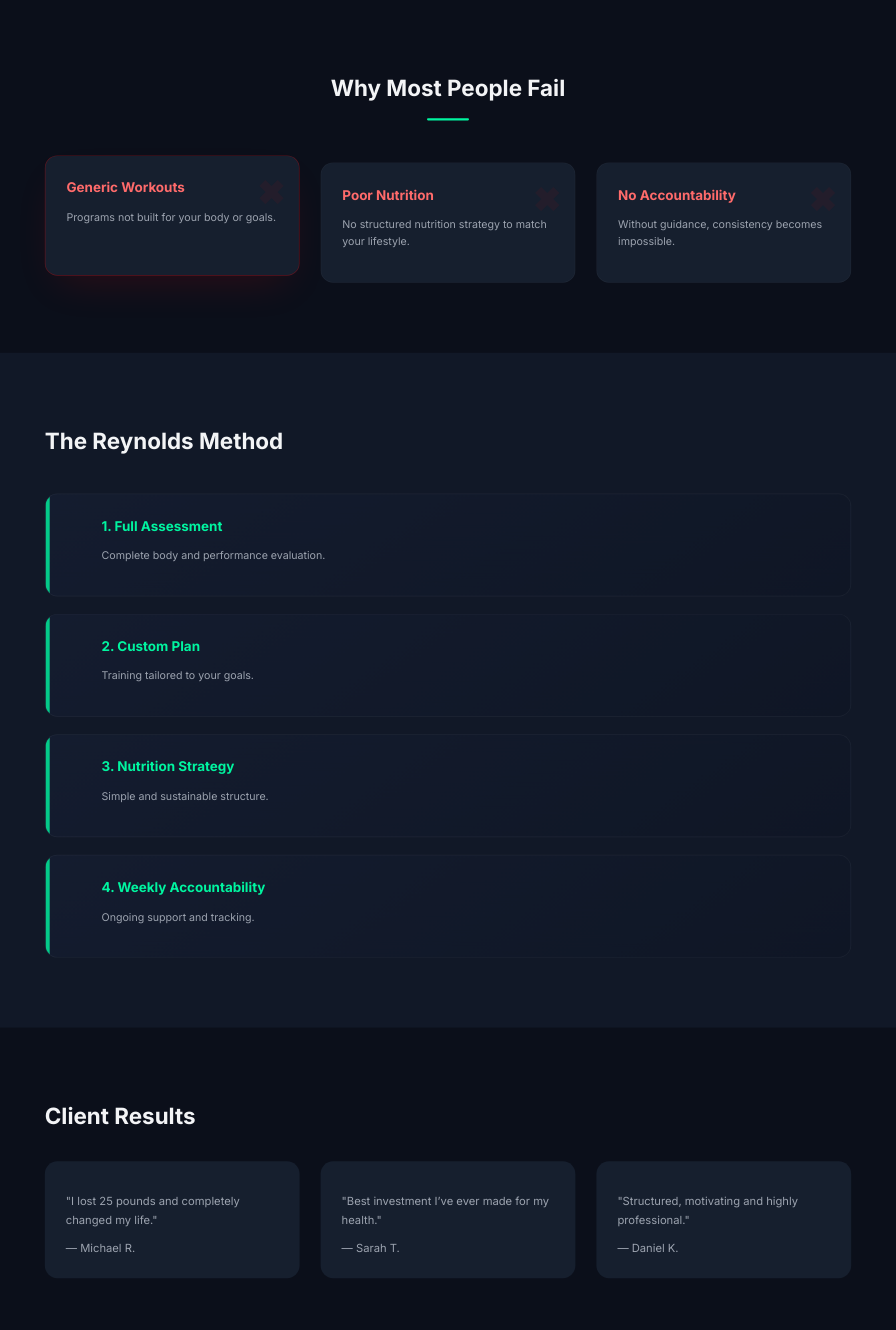
Repository: davidfsillva/Landing-page-pro
Page: index.html
The author's editor kept a copy of each file at every save. The page is drawn from the files as they stood at one save, then again after a run of saves.
The browser window is 1280 px wide. The pictures show the part of the page from y = 720 to 2620 px (the page is 3174 px tall), at 70% of full size.
The pointer rests on the first visible `.card`.

Above is the page before, as saved 2026-02-25 19:11:39.

### index.html
<!DOCTYPE html>
<html lang="en">
<head>
    <!-- ================= BASIC META ================= -->
    <meta charset="UTF-8">
    <meta name="viewport" content="width=device-width, initial-scale=1.0, maximum-scale=5.0">
    <meta name="robots" content="index, follow">
    <link rel="canonical" href="https://www.davidperformance.com">

    <!-- ================= SEO ================= -->
    <title>David Performance | Elite Personal Trainer</title>
    <meta name="description" content="Elite personal training focused on fat loss, muscle building and peak performance. Customized programs, strategic nutrition and real accountability. Book your free fitness consultation today.">

    <!-- ================= OPEN GRAPH ================= -->
    <meta property="og:title" content="David Performance | Transform Your Body in 90 Days">
    <meta property="og:description" content="Personalized training programs with proven results. Limited spots available.">
    <meta property="og:type" content="website">
    <meta property="og:image" content="https://placehold.co/1200x630/0B1020/00FF99?text=DAVID+PERFORMANCE">
    <meta property="og:url" content="https://www.davidperformance.com">
    <meta name="twitter:card" content="summary_large_image">

    <!-- ================= FONTS ================= -->
    <link rel="preconnect" href="https://fonts.googleapis.com">
    <link href="https://fonts.googleapis.com/css2?family=Inter:wght@300;400;600;700;800&display=swap" rel="stylesheet">

    <!-- Icons -->
    <link rel="stylesheet" href="https://cdnjs.cloudflare.com/ajax/libs/font-awesome/6.0.0-beta3/css/all.min.css">

    <!-- CSS -->
    <link rel="stylesheet" href="style.css">

    <!-- ================= PIXEL / TRACKING ================= -->
    <!-- Add Meta Pixel or Google Tag Manager here -->
</head>

<body>

<header class="header">
  <div class="container header-flex">
      <div class="logo">LUCAS REYNOLDS</div>

      <button class="menu-toggle" id="menuToggle">☰</button>

      <nav class="nav" id="nav">
        <a href="#home">Home</a>
        <a href="#about">About</a>
        <a href="#method">Method</a>
        <a href="#results">Results</a>
      </nav>
  </div>
</header>

<main>

<!-- HERO -->
<section id="home" class="hero">
    <div class="hero-overlay"></div>

    <div class="container hero-grid">

        <div class="hero-content">
            <div class="hero-badge">
                Trusted by 320+ Clients
            </div>

            <h1>
                TRANSFORM YOUR BODY IN
                <span>90 DAYS</span>
                OR LESS
            </h1>

            <p>
                Elite personal coaching focused on fat loss, muscle growth and peak performance.
                No generic workouts. Just real strategy and real accountability.
            </p>

            <div class="hero-buttons">
                <a href="#contact" class="btn btn-primary">
                    Book Free Consultation
                </a>
            </div>

            <div class="hero-proof">
                <div>
                    <strong>320+</strong>
                    <small>Transformations</small>
                </div>

                <div>
                    <strong>8+ Years</strong>
                    <small>Experience</small>
                </div>
            </div>
        </div>

    </div>
</section>

<!-- ABOUT -->
<section id="about" class="section">
    <div class="container">
        <h2>Why Most People Fail</h2>

        <div class="grid-3">

            <div class="card">
                <h3>Generic Workouts</h3>
                <p>Programs not built for your body or goals.</p>
            </div>

            <div class="card">
                <h3>Poor Nutrition</h3>
                <p>No structured nutrition strategy to match your lifestyle.</p>
            </div>

            <div class="card">
                <h3>No Accountability</h3>
                <p>Without guidance, consistency becomes impossible.</p>
            </div>

        </div>
    </div>
</section>

<!-- METHOD -->
<section id="method" class="section section-dark">
    <div class="container">
        <h2>The Reynolds Method</h2>

        <div class="method-list">
            <div class="method-item">
                <strong>1. Full Assessment</strong>
                <p>Complete body and performance evaluation.</p>
            </div>

            <div class="method-item">
                <strong>2. Custom Plan</strong>
                <p>Training tailored to your goals.</p>
            </div>

            <div class="method-item">
                <strong>3. Nutrition Strategy</strong>
                <p>Simple and sustainable structure.</p>
            </div>

            <div class="method-item">
                <strong>4. Weekly Accountability</strong>
                <p>Ongoing support and tracking.</p>
            </div>
        </div>
    </div>
</section>

<!-- RESULTS -->
<section id="results" class="section">
    <div class="container">
        <h2>Client Results</h2>

        <div class="grid-3">

            <div class="testimonial">
                <p>"I lost 25 pounds and completely changed my life."</p>
                <span>— Michael R.</span>
            </div>

            <div class="testimonial">
                <p>"Best investment I’ve ever made for my health."</p>
                <span>— Sarah T.</span>
            </div>

            <div class="testimonial">
                <p>"Structured, motivating and highly professional."</p>
                <span>— Daniel K.</span>
            </div>

        </div>
    </div>
</section>

<!-- CONTACT -->
<section id="contact" class="section cta">
    <div class="container">
        <h2>Book Your Free Consultation</h2>

        <form class="form">
            <input type="text" placeholder="Full Name" required>
            <input type="email" placeholder="Email Address" required>
            <input type="tel" placeholder="Phone Number" required>

            <button type="submit" class="btn btn-primary">
                Schedule Now
            </button>
        </form>
    </div>
</section>

</main>

<footer class="footer">
    <div class="container">
        <p>© 2026 Lucas Reynolds Performance. All rights reserved.</p>
    </div>
</footer>

<script src="script.js"></script>
</body>
</html>

### style.css
* {
    margin: 0;
    padding: 0;
    box-sizing: border-box;
}

:root {
    --bg: #0B0F1A;
    --bg-dark: #111827;
    --card: #161F2E;

    --text: #F3F4F6;
    --muted: #9CA3AF;

    --accent: #00F5A0;

    --radius: 18px;
}

body {
    font-family: 'Inter', sans-serif;
    background: var(--bg);
    color: var(--muted);
    line-height: 1.6;
}

.container {
    width: 90%;
    max-width: 1200px;
    margin: auto;
}

.section {
    padding: 100px 0;
}

.section-dark {
    background: var(--bg-dark);
}

h1, h2, h3 {
    color: var(--text);
}

h1 {
    font-size: clamp(2.5rem, 5vw, 4rem);
    line-height: 1.1;
}

h1 span {
    color: var(--accent);
}

h2 {
    font-size: 2rem;
    margin-bottom: 40px;
}

p {
    margin: 15px 0;
}

.btn {
    display: inline-block;
    padding: 15px 35px;
    border-radius: 50px;
    font-weight: 600;
    text-decoration: none;
    transition: 0.3s ease;
}

.btn-primary {
    background: var(--accent);
    color: #000;
}

.btn-primary:hover {
    transform: translateY(-3px);
}

/* HEADER */
.header {
    position: fixed;
    width: 100%;
    background: rgba(11,15,26,0.9);
    backdrop-filter: blur(8px);
    padding: 20px 0;
    z-index: 1000;
}

.header-flex {
    display: flex;
    justify-content: space-between;
    align-items: center;
}

.logo {
    font-weight: 800;
    color: var(--accent);
}

.nav {
    display: flex;
    gap: 30px;
}

.nav a {
    color: var(--muted);
    text-decoration: none;
}

.nav a:hover {
    color: var(--accent);
}

.menu-toggle {
    display: none;
    background: none;
    border: none;
    color: var(--accent);
    font-size: 1.5rem;
}

/* HERO */
.hero {
    height: 100vh;
    display: flex;
    align-items: center;
    background: url('img/pexels-ardit-mbrati-216809103-18187618.jpg') center right/cover no-repeat;
    position: relative;
    padding-top: 80px;
}

.hero-overlay {
    position: absolute;
    inset: 0;
    background: linear-gradient(270deg, rgba(11, 15, 26, 0.116), rgb(11, 15, 26));
}

.hero-grid {
    position: relative;
}

.hero-content {
    max-width: 600px;
}

.hero-badge {
    background: rgba(0,245,160,0.1);
    color: var(--accent);
    padding: 8px 16px;
    border-radius: 50px;
    display: inline-block;
    margin-bottom: 20px;
}

.hero-proof {
    display: flex;
    gap: 40px;
    margin-top: 30px;
}

.hero-proof strong {
    color: var(--accent);
    font-size: 1.5rem;
    display: block;
}

/* ===============================
   ABOUT SECTION UPGRADE
=================================*/

#about {
    text-align: center;
}

#about h2 {
    margin-bottom: 60px;
    position: relative;
}

#about h2::after {
    content: "";
    width: 60px;
    height: 3px;
    background: var(--accent);
    display: block;
    margin: 18px auto 0;
    border-radius: 3px;
}

/* GRID */
.grid-3 {
    display: grid;
    gap: 35px;
}

/* CARD ESTILO PROBLEMA */
.card {
    position: relative;
    background: linear-gradient(145deg, #121A2B, #0E1524);
    padding: 40px 30px;
    border-radius: 20px;
    border: 1px solid rgba(255,255,255,0.04);
    transition: 0.35s ease;
    text-align: left;
    overflow: hidden;
}

/* Número grande no fundo */
.card::before {
    content: "✖";
    position: absolute;
    top: 15px;
    right: 20px;
    font-size: 3rem;
    color: rgba(255, 0, 0, 0.06);
    font-weight: 900;
}

/* Hover mais forte */
.card:hover {
    transform: translateY(-10px);
    border-color: rgba(255,0,0,0.3);
    box-shadow: 0 25px 60px -20px rgba(255,0,0,0.15);
}

.card h3 {
    color: #ff6b6b;
    font-size: 1.2rem;
    margin-bottom: 15px;
}

.card p {
    font-size: 0.95rem;
    color: var(--muted);
    line-height: 1.6;
}



/* ===============================
   METHOD SECTION IMPROVED
=================================*/

.method-list {
    display: grid;
    gap: 30px;
    margin-top: 50px;
}

.method-item {
    position: relative;
    background: linear-gradient(145deg, #141C2F, #0F1625);
    padding: 30px 35px 30px 80px;
    border-radius: 18px;
    border: 1px solid rgba(255,255,255,0.05);
    transition: 0.35s ease;
    overflow: hidden;
}

/* Linha lateral de destaque */
.method-item::before {
    content: "";
    position: absolute;
    left: 0;
    top: 0;
    height: 100%;
    width: 6px;
    background: var(--accent);
    opacity: 0.8;
}

/* Número grande no fundo */
.method-item::after {
    content: attr(data-step);
    position: absolute;
    right: 25px;
    top: 20px;
    font-size: 4rem;
    font-weight: 800;
    color: rgba(255,255,255,0.04);
}

/* Hover sofisticado */
.method-item:hover {
    transform: translateY(-8px);
    border-color: var(--accent);
    box-shadow: 0 20px 50px -15px rgba(0,245,160,0.25);
}

.method-item strong {
    display: block;
    font-size: 1.2rem;
    color: var(--text);
    margin-bottom: 10px;
}

.method-item p {
    font-size: 0.95rem;
    color: var(--muted);
    max-width: 500px;
}



/* CARDS */
.grid-3 {
    display: grid;
    gap: 30px;
}

.card, .testimonial {
    background: var(--card);
    padding: 30px;
    border-radius: var(--radius);
}

.method-list {
    display: grid;
    gap: 25px;
}

.method-item strong {
    color: var(--accent);
}

/* FORM */
.form {
    display: grid;
    gap: 20px;
    max-width: 500px;
}

.form input {
    padding: 15px;
    border-radius: 10px;
    border: none;
}

/* ===============================
   CTA CLEAN HIGH-END
=================================*/

.cta {
    background: #0E1428;
    padding: 120px 0;
    text-align: center;
    border-top: 1px solid rgba(255,255,255,0.05);
    border-bottom: 1px solid rgba(255,255,255,0.05);
}

.cta h2 {
    font-size: clamp(2rem, 4vw, 2.6rem);
    margin-bottom: 20px;
}

.cta p {
    max-width: 600px;
    margin: 0 auto 50px auto;
    font-size: 1rem;
    color: var(--muted);
}

/* FORM INLINE PREMIUM */
.form {
    max-width: 900px;
    margin: 0 auto;
    display: grid;
    grid-template-columns: repeat(4, 1fr);
    gap: 15px;
}

/* INPUTS */
.form input {
    padding: 16px 18px;
    border-radius: 12px;
    border: 1px solid rgba(255,255,255,0.08);
    background: #111827;
    color: var(--text);
    font-size: 0.95rem;
    transition: 0.3s ease;
}

.form input::placeholder {
    color: rgba(255,255,255,0.4);
}

.form input:focus {
    border-color: var(--accent);
    box-shadow: 0 0 0 3px rgba(0,245,160,0.12);
    outline: none;
}

/* BOTÃO */
.form button {
    border-radius: 12px;
    font-weight: 700;
}

/* RESPONSIVO */
@media (max-width: 900px) {
    .form {
        grid-template-columns: 1fr;
    }
}

/* FOOTER */
.footer {
    padding: 40px 0;
    text-align: center;
    background: #05070E;
}

/* RESPONSIVE */
@media (min-width: 768px) {
    .grid-3 {
        grid-template-columns: repeat(3, 1fr);
    }
}

@media (max-width: 768px) {
    .nav {
        display: none;
        flex-direction: column;
        background: var(--bg-dark);
        position: absolute;
        top: 70px;
        right: 0;
        padding: 20px;
    }

    .nav.active {
        display: flex;
    }

    .menu-toggle {
        display: block;
    }

    .hero-proof {
        flex-direction: column;
    }


    .method-list {
        grid-template-columns: repeat(2, 1fr);
    }

    .grid-3 {
        grid-template-columns: repeat(3, 1fr);
    }
}

### script.js
(function () {
  "use strict";

  /* =====================================================
     1. MENU RESPONSIVO COM ACESSIBILIDADE
  ===================================================== */
  const menuToggle = document.getElementById("menuToggle");
  const navMenu = document.getElementById("navMenu");

  if (menuToggle && navMenu) {
    menuToggle.addEventListener("click", () => {
      const isActive = navMenu.classList.toggle("active");

      // Atualiza aria-expanded para acessibilidade
      menuToggle.setAttribute("aria-expanded", isActive);

      // Impede scroll do body quando menu aberto
      document.body.style.overflow = isActive ? "hidden" : "auto";
    });

    // Fecha menu ao clicar em link
    document.querySelectorAll(".nav-menu a").forEach(link => {
      link.addEventListener("click", () => {
        navMenu.classList.remove("active");
        menuToggle.setAttribute("aria-expanded", "false");
        document.body.style.overflow = "auto";
      });
    });
  }

  /* =====================================================
     2. SCROLL SUAVE COM OFFSET DO HEADER
  ===================================================== */
  const header = document.querySelector("header");

  document.querySelectorAll('a[href^="#"]').forEach(anchor => {
    anchor.addEventListener("click", function (e) {
      const targetId = this.getAttribute("href");
      if (targetId === "#") return;

      const target = document.querySelector(targetId);
      if (!target) return;

      e.preventDefault();

      const headerHeight = header ? header.offsetHeight : 0;
      const elementPosition = target.getBoundingClientRect().top + window.scrollY;
      const offsetPosition = elementPosition - headerHeight - 10;

      window.scrollTo({
        top: offsetPosition,
        behavior: "smooth"
      });
    });
  });

  /* =====================================================
     3. REVEAL ON SCROLL (OTIMIZADO)
  ===================================================== */
  const reveals = document.querySelectorAll(".reveal");

  if ("IntersectionObserver" in window) {
    const revealObserver = new IntersectionObserver((entries, observer) => {
      entries.forEach(entry => {
        if (entry.isIntersecting) {
          entry.target.classList.add("active");
          observer.unobserve(entry.target);
        }
      });
    }, {
      threshold: 0.15,
      rootMargin: "0px 0px -40px 0px"
    });

    reveals.forEach(el => revealObserver.observe(el));
  } else {
    // Fallback simples
    reveals.forEach(el => el.classList.add("active"));
  }

  /* =====================================================
     4. CONTADOR ANIMADO
  ===================================================== */
  const counter = document.querySelector(".counter-number");

  if (counter) {
    const target = parseInt(counter.dataset.target, 10);
    let current = 0;
    const duration = 1500;
    const startTime = performance.now();

    const animateCounter = (timestamp) => {
      const progress = Math.min((timestamp - startTime) / duration, 1);
      current = Math.floor(progress * target);
      counter.textContent = current.toLocaleString("pt-BR");

      if (progress < 1) {
        requestAnimationFrame(animateCounter);
      } else {
        counter.textContent = target.toLocaleString("pt-BR");
      }
    };

    const counterObserver = new IntersectionObserver(entries => {
      if (entries[0].isIntersecting) {
        requestAnimationFrame(animateCounter);
        counterObserver.disconnect();
      }
    }, { threshold: 0.6 });

    counterObserver.observe(counter);
  }

  /* =====================================================
     5. VALIDAÇÃO AVANÇADA + REDIRECIONAMENTO WHATSAPP
  ===================================================== */
  const form = document.getElementById("leadForm");
  const feedback = document.getElementById("formFeedback");

  if (form && feedback) {
    form.addEventListener("submit", function (e) {
      e.preventDefault();

      const nome = document.getElementById("nome").value.trim();
      const email = document.getElementById("email").value.trim();
      const telefone = document.getElementById("telefone").value.trim();
      const telDigits = telefone.replace(/\D/g, "");

      // Reset visual
      feedback.style.color = "#ff4d4d";
      feedback.textContent = "";

      /* ===== Validações ===== */

      if (nome.length < 5 || !/\s/.test(nome)) {
        feedback.textContent = "Digite nome e sobrenome corretamente.";
        return;
      }

      const emailRegex = /^[^\s@]+@[^\s@]+\.[^\s@]+$/;
      if (!emailRegex.test(email)) {
        feedback.textContent = "Digite um e-mail válido.";
        return;
      }

      if (telDigits.length < 10 || telDigits.length > 11) {
        feedback.textContent = "WhatsApp inválido. Use DDD + número.";
        return;
      }

      /* ===== Sucesso ===== */
      feedback.style.color = "#00FF99";
      feedback.textContent = "Redirecionando para o WhatsApp...";

      /* ===== Disparo de Pixel ===== */

      // Meta Pixel
      if (typeof fbq === "function") {
        fbq("track", "Lead");
      }

      // Google Ads (exemplo)
      if (typeof gtag === "function") {
        gtag("event", "conversion", {
          event_category: "Lead",
          event_label: "Form Landing"
        });
      }

      /* ===== Redirecionamento WhatsApp ===== */

      const numeroPersonal = "5511999999999"; // ⚠️ ALTERE AQUI
      const mensagem = encodeURIComponent(
        `Olá! Me chamo ${nome}.\nQuero agendar minha avaliação gratuita.\nE-mail: ${email}`
      );

      setTimeout(() => {
        window.location.href = `https://wa.me/${numeroPersonal}?text=${mensagem}`;
      }, 1200);
    });
  }

})();

After the next 2 saves:
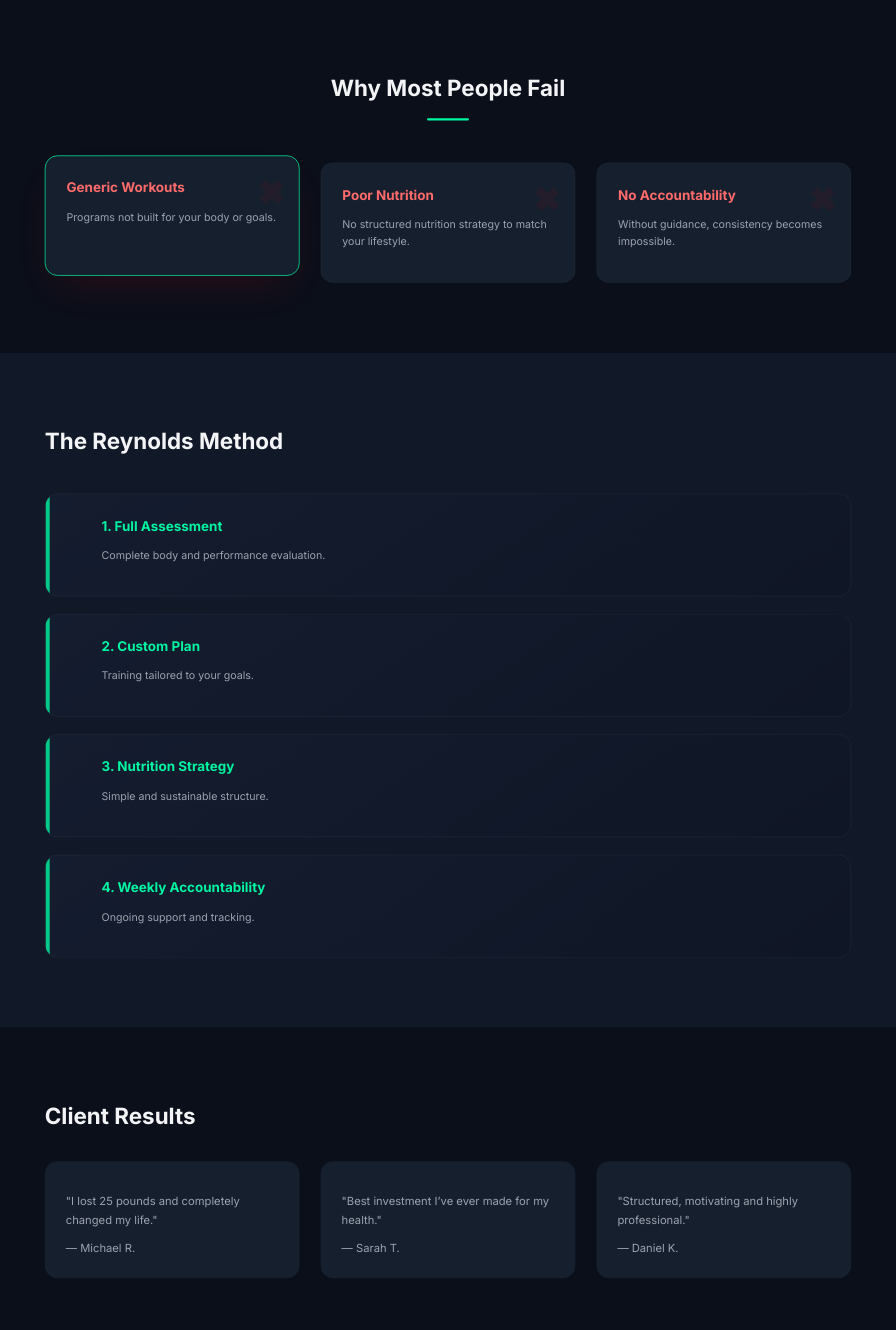
The 2 saves are shown as one change because they came seconds apart.
The last was saved 4 min 0 s later.
--- a/style.css
+++ b/style.css
@@ -221,7 +221,7 @@ p {
 /* Hover mais forte */
 .card:hover {
     transform: translateY(-10px);
-    border-color: rgba(255,0,0,0.3);
+    border-color: var(--accent);
     box-shadow: 0 25px 60px -20px rgba(255,0,0,0.15);
 }
 
